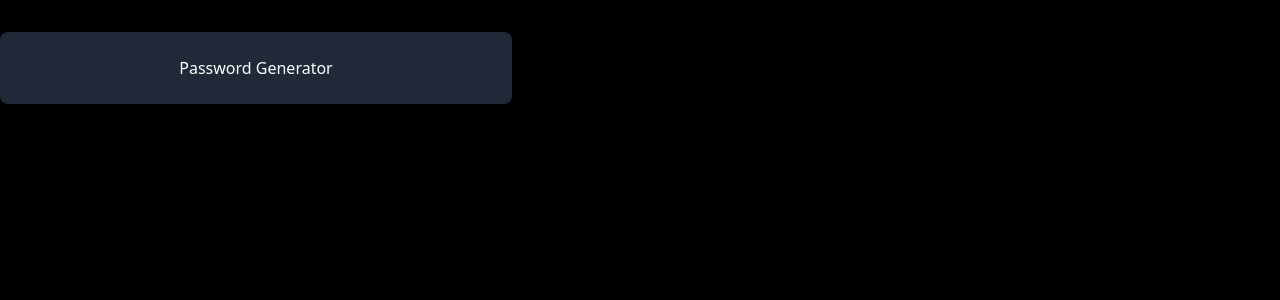
Repository: Abdul-Moeid-Rao/React-Projects
Page: / (app in 05passwordGenrator/)
An editor plug-in stored every save of this project. The page is shown before and after the next save, followed by the edit.
The browser window is 1280 px wide. The pictures show the whole page.
The project was rebuilt for these pictures with package versions that can differ from the ones it lists, and the page was loaded fresh each time. Also part of the build but not shown: 05passwordGenrator/vite.config.js.

Above is the page before, as saved 2024-07-14 21:20:45.

### 05passwordGenrator/src/App.jsx
import { useCallback, useEffect, useState } from 'react'

function App() {
  const [length, setLength] = useState(8);
  const [number, setNumber] = useState(false);
  const [char, setChar] = useState(false);
  const [password, setPassword] = useState("");

  const passGenerator = useCallback(()=> {
    let pass = "";
    let str = "ABCDEFGHIJKLMNOPQRSTUVWXYZabcdefghijklmnopqrstuvwxyz"
    if (number) str += "0123456789";
    if (char) str += "!@#$&*%";

    for (let i = 1; i < length; i++) {
      let char = Math.floor(Math.random() * str.length + 1);
      pass += str.charAt(char);

    }
    setPassword(pass)

  }, [length,number, char, setPassword])

  useEffect(()=>{
    passGenerator()
  }, [length, number, char, passGenerator])

  return (
    <div className='w-full max-w-lg max-auto shadow-md rounded-lg px-4 py-3 my-8 bg-gray-800 text-orange-500 justify-center'>
      <h1 className='text-white text-center my-3'>Password Generator</h1>
    </div>
  )
}

export default App

Loaded but not shown: 05passwordGenrator/index.html (common file); 05passwordGenrator/src/main.jsx (common file); 05passwordGenrator/src/index.css (common file); 05passwordGenrator/tailwind.config.js (common file)

After the next save:
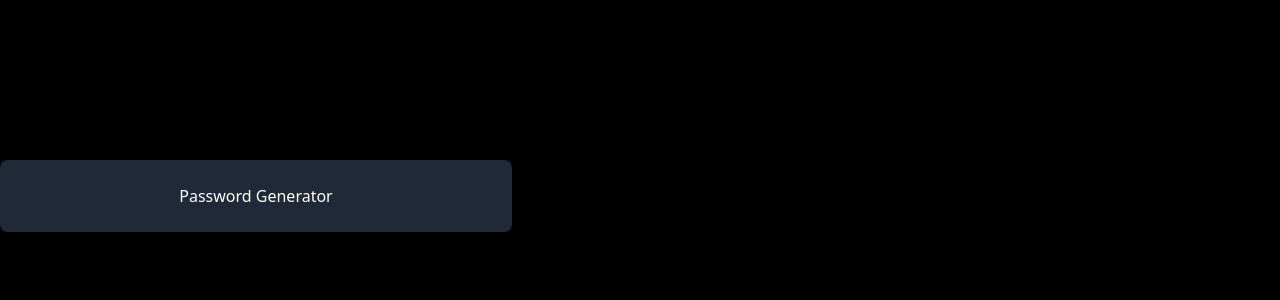
Saved 25 s later.
--- a/05passwordGenrator/src/App.jsx
+++ b/05passwordGenrator/src/App.jsx
@@ -26,7 +26,7 @@ function App() {
   }, [length, number, char, passGenerator])
 
   return (
-    <div className='w-full max-w-lg max-auto shadow-md rounded-lg px-4 py-3 my-8 bg-gray-800 text-orange-500 justify-center'>
+    <div className='w-full max-w-lg max-auto shadow-md rounded-lg px-4 py-3 my-40 bg-gray-800 text-orange-500 justify-center'>
       <h1 className='text-white text-center my-3'>Password Generator</h1>
     </div>
   )
